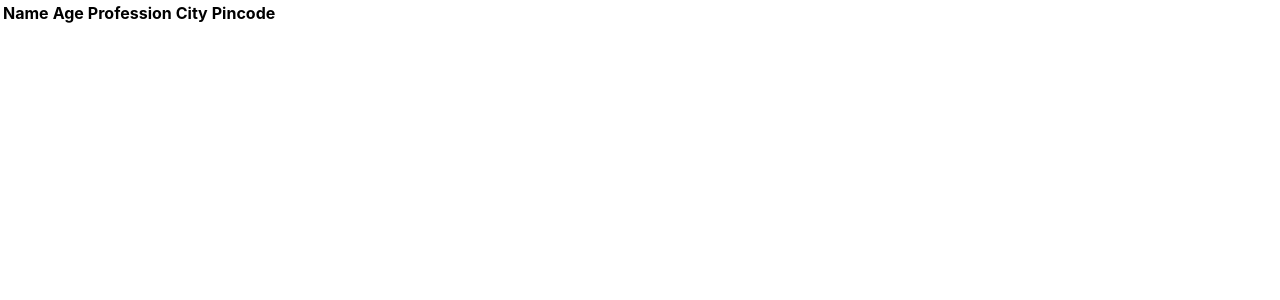
Repository: JavaidAhmadKhan/framer-motion-reacr
Page: /
These files come from the project's save history. The page is drawn as it stood at one moment and after a run of saves; the edit follows.
The browser window is 1280 px wide. The pictures show the whole page.
The project was rebuilt for these pictures with package versions that can differ from the ones it lists, and the page was loaded fresh each time.

Above is the page before, as saved 2022-05-19 17:37:37.

After the next 3 saves:
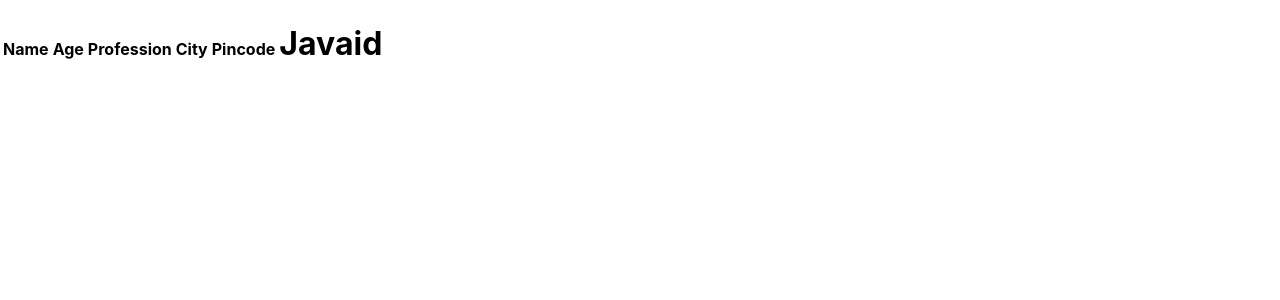
The 3 saves are shown as one change because they came seconds apart.
The last was saved 12 s later.
--- a/src/App.js
+++ b/src/App.js
@@ -28,9 +28,7 @@ class App extends Component {
           <th>City</th>
           <th>Pincode</th>
           <td>
-            {/* <tr>
-              <h1>{this.state.name}</h1>
-            </tr> */}
+            <h1>{this.state.name}</h1>
           </td>
           {/* <h2>{this.state.profession}</h2>
           <h2>{this.state.address.city}</h2>
